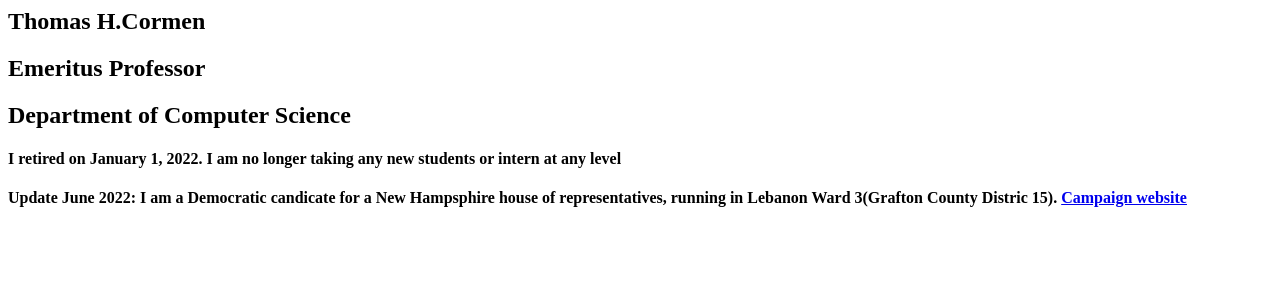
Repository: HoangDuy315/web-dev2022
Page: index.html
These files come from the project's save history. The page is drawn as it stood at one moment and after the next save; the edit follows.
The browser window is 1280 px wide. The pictures show the whole page.

Above is the page before, as saved 2022-09-22 14:09:25.

### index.html
<html lang="en">
<head>
    <meta charset="UTF-8">
    <meta http-equiv="X-UA-Compatible" content="IE=edge">
    <meta name="viewport" content="width=device-width, initial-scale=1.0">
    <title>Document</title>
</head>
<body>
    <h2>Thomas H.Cormen</h2>
    <h2>Emeritus Professor</h2>
    <h2>Department of Computer Science</h2>
    <h4>I retired on January 1, 2022. I am no longer taking any new students or intern at any level</h4>
    <h4>Update June 2022: I am a Democratic candicate for a
     New Hampsphire house of representatives, running in Lebanon Ward 3(Grafton County Distric 15). <a href="https://cormenfornh.com">Campaign website</a>
</body>
</html>

After the next save:
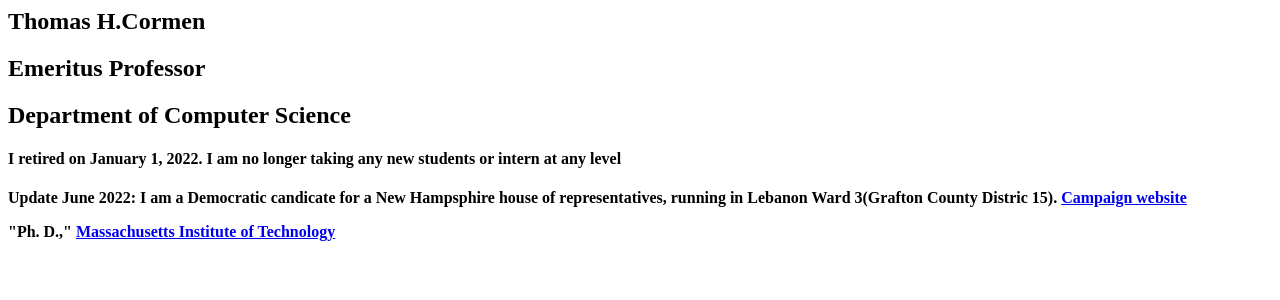
Saved 2 min 58 s later.
--- a/index.html
+++ b/index.html
@@ -11,6 +11,11 @@
     <h2>Department of Computer Science</h2>
     <h4>I retired on January 1, 2022. I am no longer taking any new students or intern at any level</h4>
     <h4>Update June 2022: I am a Democratic candicate for a
-     New Hampsphire house of representatives, running in Lebanon Ward 3(Grafton County Distric 15). <a href="https://cormenfornh.com">Campaign website</a>
+    New Hampsphire house of representatives, running in Lebanon Ward 3(Grafton County Distric 15). <a href="https://cormenfornh.com">Campaign website</a>
+    <p>
+        "Ph. D.,"
+        <a href="http://www.csail.mit.edu/">Massachusetts Institute of
+        Technology</a>
+    </p>
 </body>
 </html>
